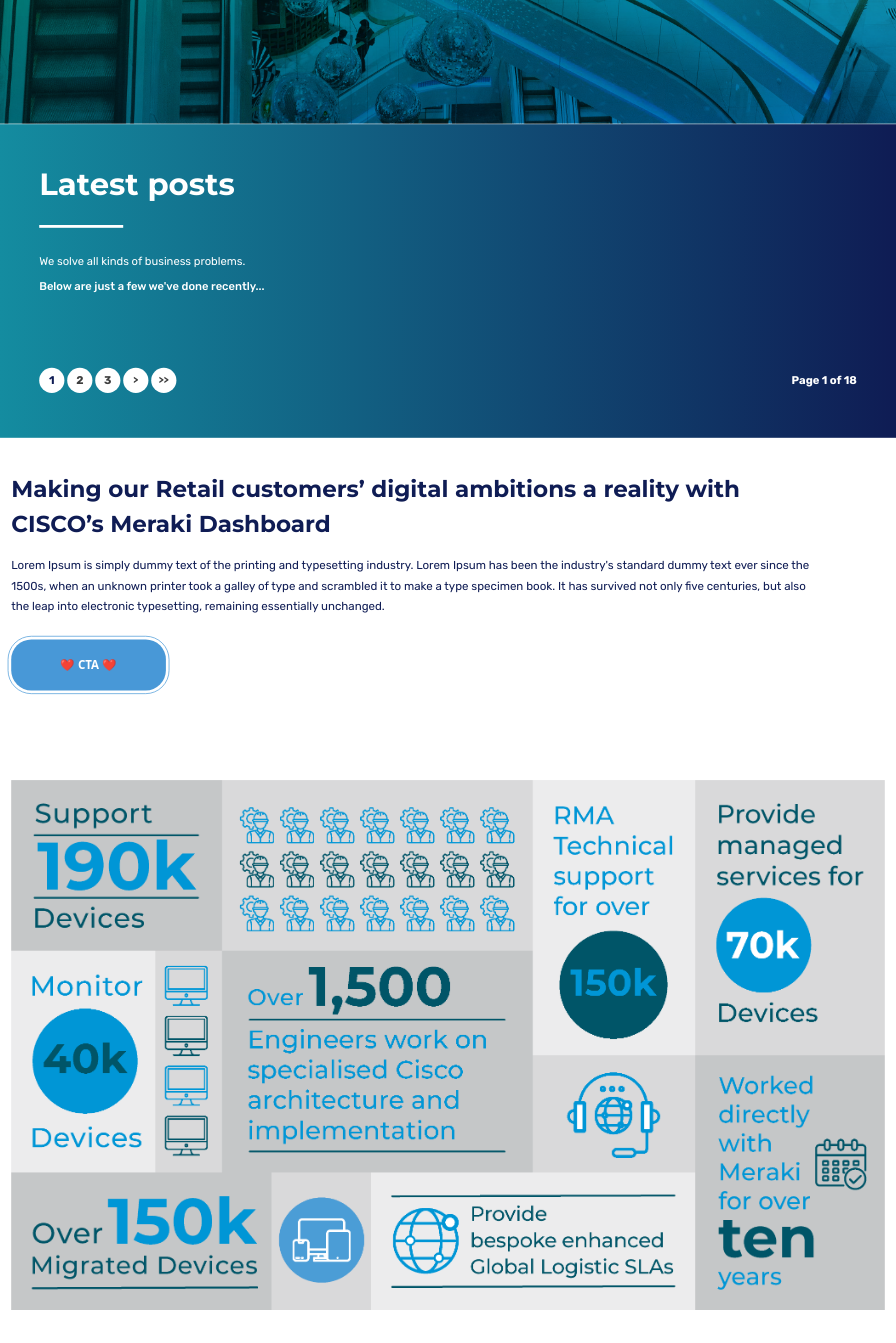
Repository: spaceship9999/ReactIsBack
Page: /
The author's editor kept a copy of each file at every save. The page is drawn from the files as they stood at one save, then again after the next save.
The browser window is 1280 px wide. The pictures show the part of the page from y = 669 to 2589 px (the page is 2588 px tall before and 2589 px after), at 70% of full size.
The page's requests for data from a server got no answer. The project was rebuilt for these pictures with package versions that can differ from the ones it lists, and the page was loaded fresh each time. The framework's server and built-in components were replaced by stand-ins that run in the browser. No one was signed in, and anything a server would have sent is missing. Also part of the build but not shown: next.config.js.

Above is the page before, as saved 2023-03-26 22:41:58.

### src/app/layout.tsx
import './globals.scss'

export const metadata = {
  title: 'Create Next App',
  description: 'Generated by create next app',
}

export default function RootLayout({
  children,
}: {
  children: React.ReactNode
}) {
  return (
    <html lang="en">
      <body>{children}</body>
    </html>
  )
}

### src/app/page.tsx
'use client'

import Link from "next/link";
import Header from "./Header";
import Award from "./Award";
import Banner from "./Banner";
import Posts from "./Posts";
import SingleColumnTextMedia from "./SingleColumnTextMedia";

export default function Home() {
  return (
    <main>
      <Header></Header>
      <Award/>
      <Banner
        heading="NSC operates in 180 countries across multiple time zones, currencies and languages"
        image="/img/Cisco_Banner.png" content="orem Ipsum is simply dummy text of the printing and typesetting industry. Lorem Ipsum has been the industry's standard dummy text ever since the 1500s, when an unknown printer took a galley of type and scrambled it to make a type specimen book. It has survived not only five centuries, but also the leap into electronic typesetting, remaining essentially unchanged." position={""}/>
      <Posts/>
      <SingleColumnTextMedia heading="Making our Retail customers&#8217; digital ambitions a reality with
        CISCO&#8217;s Meraki Dashboard"
        link={{ link: '/', title: '&#10084; CTA &#10084;'}}
        image="/img/NSC_Cisco_Infographic.png"
        content="Lorem Ipsum is simply dummy text of the printing and typesetting industry. Lorem Ipsum has been the industry's standard dummy text ever since the 1500s, when an unknown printer took a galley of type and scrambled it to make a type specimen book. It has survived not only five centuries, but also the leap into electronic typesetting, remaining essentially unchanged.">
      </SingleColumnTextMedia>
    </main>
  )
}

### src/app/globals.scss
@tailwind base;
@tailwind components;
@tailwind utilities;

@import "./scss/fonts";
@import "./scss/global";
@import "./scss/typography";

### src/app/Header.tsx
import Link from "next/link";

export default function Header() {
    return (
        <div className="container py-5">
            <div className="flex justify-between items-center">
                <Link href="/" >
                    <Logo className="w-[85px] h-[50px]" />
                </Link>
                <nav className="flex gap-7 font-montserrat font-medium text-grey">
                    <Link href="/who-we-are" >
                        Who we are
                    </Link>
                    <Link href="/what-we-do" >
                        What we do
                    </Link>
                    <Link href="/what-we-do" >
                        Service portfolio
                    </Link>
                    <Link href="/what-we-do" >
                        Case studies
                    </Link>
                    <Link href="/what-we-do" >
                        Partners
                    </Link>
                    <Link href="/what-we-do" >
                        Work with us
                    </Link>
                    <Link href="/what-we-do" >
                        Careers
                    </Link>
                    <Link href="/what-we-do" >
                        Contact
                    </Link>
                    <button className="flex items-center gap-x-1">
                        <img src="/img/gb-flag.png" className="w-full"/>
                        English
                    </button>
                    <button>
                        <Search/>
                    </button>
                </nav>
            </div>
        </div>
    )
}


const Logo = (props : { className: string}) => {
    const { className } = props;
    return (
        <svg className={className} xmlns="http://www.w3.org/2000/svg" viewBox="0 0 283.4 156" preserveAspectRatio="xMinYMid meet">
            <path id="nsc_global_logo" d="M67,107.8a10.074,10.074,0,0,1-10,9.9c-5.9.2-11.2-4.5-11.2-9.9V71.6c0-7.4-4.1-11.5-12.4-11.5-6.3,0-12.2.6-12.2,4.2v43.5c0,5.4-4.4,9.9-10.9,9.9-4.9,0-10.3-4.4-10.3-9.9V54.2c0-3.6,1-5.3,3.5-7C8,44,18.6,39.3,34,39.3c21.6,0,33,11.2,33,31.2Zm48.8-37.6L106,68c-6.4-1.4-7.3-3.2-7.3-5,0-3,3.1-4.7,8.6-4.7a31.5,31.5,0,0,1,10.9,2.5,19.538,19.538,0,0,0,7.6,2,8.7,8.7,0,0,0,6.7-3.1,10.468,10.468,0,0,0,2.5-7.6,9.067,9.067,0,0,0-3.5-6.6c-4.9-4-13.9-6.5-23.5-6.5-18,0-29.7,9.6-29.7,24.4,0,11.1,7.4,18.9,21.3,22.5,3.8,1,4.8,1.2,6.8,1.6.9.2,1.9.4,3.5.8,6.2,1.5,7.1,3.5,7.1,5.3,0,4.6-6.5,5.1-9.3,5.1a31.582,31.582,0,0,1-15.9-4.4,12.9,12.9,0,0,0-6.2-2A9.431,9.431,0,0,0,78,96.2c-3,3.9-2.1,10,1.9,13.3,4.6,3.8,13,8.3,27.4,8.3,18.2,0,30.4-10.2,30.4-25.4-.1-11.4-7.2-18.7-21.9-22.2Zm95.9,19.2c-2.2-2.9-6.3-4.2-10-4-4.7.2-7.3,1.7-9,4.9-2.7,4.7-6.5,7.3-12.2,7.3-7.8,0-12.9-4.9-13.7-12.9a95.4,95.4,0,0,1,0-13.1c.8-7.7,5.8-12.1,13.7-12.1a13.278,13.278,0,0,1,11.2,6.1c2.7,3.9,5.7,5.1,8.8,5.2,3.7.2,8-.7,10.6-3.9,1.4-1.7,1.7-4.3,1-7C209.8,51,199,39.2,179.9,39.2c-19,0-33.1,12.1-34.2,29.5a152.151,152.151,0,0,0,0,19.1c1.5,17.5,15.9,30.3,34.2,30.3,19.1,0,29.9-10.6,33-21.3.8-3.3.1-5.7-1.2-7.4Zm60,12.3c0-14.8,11.7-17.8,11.7-23.7s-11.7-8.9-11.7-23.7V15.9A15.939,15.939,0,0,0,255.8,0H231c-6.1,0-11,4-11,10,0,6.3,5.1,10.3,11.1,10.3h14.6a4.739,4.739,0,0,1,4.8,4.8V54.3c0,18.9,9.7,20.5,9.7,23.7s-9.7,4.9-9.7,23.7v29.2a4.739,4.739,0,0,1-4.8,4.8H231.1c-6,0-11.1,3.9-11.1,10.3,0,6,4.9,10,11.1,10h24.8a15.938,15.938,0,0,0,15.9-15.9V101.7Z" fill="#0f1c54"></path>
        </svg>
    )
}

const Search = () => {
    return (
        <svg xmlns="http://www.w3.org/2000/svg" className="w-3 h-3" fill="currentColor" viewBox="0 0 16 16">
            <path d="M11.742 10.344a6.5 6.5 0 1 0-1.397 1.398h-.001c.03.04.062.078.098.115l3.85 3.85a1 1 0 0 0 1.415-1.414l-3.85-3.85a1.007 1.007 0 0 0-.115-.1zM12 6.5a5.5 5.5 0 1 1-11 0 5.5 5.5 0 0 1 11 0z" />
        </svg>
    )
}

### src/app/Award.tsx
export default function Award() {
    return (
        <div className="bg-light-grey py-5">
            <div className="container">
                <img className="w-[125px] shadow-md" src="/img/cisco-partner-o.png"/>
            </div>
        </div>
    )
}

### src/app/Banner.tsx

interface BannerProps {
    heading: string;
    content: string;
    image: string;
    position: string;
}



export default function Banner({heading, content, image, position = "center"}: BannerProps) {
    return (
        <div className="py-20 md:py-24 lg:py-[185px] relative overflow-hidden">
            <img src={image}
             className={`absolute inset-0 w-full h-full object-cover ${position === 'center' ? 'object-center': 'object-start'}`}/>
             <div className="container">
                <div className="flex flex-col items-center relative z-10 text-white md:max-w-[910px] text-center md:text-left">
                    <h2 className="text-white font-montserrat t-36 font-bold mb-6">{heading}</h2>
                    <div className="font-rubik t-24 lg:pr-20">
                        { content }
                    </div>
                </div>
             </div>
        </div>
    )
}

### src/app/Posts.tsx
import usePosts from "./hooks/usePosts";

export default function Posts() {
    const posts = usePosts();
    return (
        <div className="bg-gradient-to-r from-[#148ca0] to-[#0f1c54] py-16">
            <div className="container">
                <div className="lg:px-10">
                    <h2 className="text-white t-48 font-montserrat font-bold pb-4 lg:pb-10 relative leading-none
                                after:absolute after:left-0 after:bottom-0 after:h-[4px] after:w-[120px] after:bg-white">
                        Latest posts
                    </h2>
                    <div className="mt-9 mb-12 font-rubik text-white">
                        <div className="mb-3">
                            We solve all kinds of business problems.
                        </div>
                        <div className="font-medium">
                            Below are just a few we&apos;ve done recently...
                        </div>
                    </div>
                    <div className="grid grid-cols-1 md:grid-cols-2 lg:grid-cols-3 gap-x-9 gap-y-8 xl:gap-x-[72px] xl:gap-y-[60px] ">
                        {
                            posts?.map((post) =>
                            (
                                <div key={post?.id} className="flex flex-col justify-between p-8 bg-white font-rubik">
                                    <div>
                                        <h3 className="t-18 text-dark-blue font-medium pb-4 relative leading-[1.33]
                                        after:absolute after:bottom-0 after:left-0 after:w-[80px] after:h-[2px] after:bg-light-green">{post?.title}</h3>
                                        <div className="pt-4 t-14 leading-[1.2] text-dark-blue mb-6">
                                            {post?.body}
                                        </div>
                                    </div>
                                    <div>
                                        <a className="inline-block bg-light-green text-white t-14 rounded-full px-5 py-[10px] font-semibold tracking-tight" href={`/post/${post?.id}`}>
                                            Read more <span className="font-normal ml-1">&gt;</span>
                                        </a>
                                    </div>
                                </div>
                            )
                            )
                        }
                    </div>
                    <div className="pt-14 flex flex-col lg:flex-row gap-y-4 font-rubik items-center justify-between">
                        <div className="flex gap-1">
                            <button className="rounded-full flex justify-center items-center bg-white text-dark-blue w-9 h-9 font-bold">1</button>
                            <button className="rounded-full flex justify-center items-center bg-white text-grey w-9 h-9 font-bold">2</button>
                            <button className="rounded-full flex justify-center items-center bg-white text-grey w-9 h-9 font-bold">3</button>
                            <button className="rounded-full flex justify-center items-center bg-white text-grey w-9 h-9 font-bold text-sm">&gt;</button>
                            <button className="rounded-full flex justify-center items-center bg-white text-grey w-9 h-9 font-bold text-sm">&gt;&gt;</button>
                        </div>
                        <div className="font-bold text-white">
                            Page 1 of 18
                        </div>
                    </div>

                </div>

            </div>
        </div>
    )
}

### src/app/SingleColumnTextMedia.tsx
interface button {
    link: string,
    title: string
}

interface TextMedia {
    heading: string,
    content: string,
    link: button,
    image: string
}

import { motion } from "framer-motion"

export default function SingleColumnTextMedia({ heading, content, link, image }: TextMedia) {
    return (
        <div className="container">
            <div className="py-12">
                <div className="xl:pr-24 text-dark-blue">
                    <h3 className=" font-montserrat t-36 font-bold mb-5">{heading}</h3>
                    <div className="font-rubik t-20 leading-[1.8] mb-8">{ content }</div>
                    {
                        link && (
                            <motion.a
                                whileHover={{ scale: 1.2, transition: { duration: 1, ease: [0, .6, .18, .98]}}}
                            className="inline-block py-6 px-[70px] t-20 text-white bg-light-blue font-bold rounded-[1.8rem]
                            outline outline-1 outline-offset-4 outline-light-blue" href={link?.link}
                            dangerouslySetInnerHTML={{__html: link.title}}/>
                        )
                    }
                </div>
                {
                    image && (
                        <div className="mt-32">
                            <img src={image} className="w-full" />
                        </div>
                    )
                }
            </div>
        </div>

    )
}

### src/app/scss/_fonts.scss
@font-face {
    font-family: 'Rubik';
    font-display: swap;
    font-style: italic;
    src: url(/fonts/Rubik-Italic-VariableFont_wght.ttf) format('truetype'),
}

@font-face {
    font-family: 'Rubik';
    font-display: swap;
    font-style: normal;
    src: url(/fonts/Rubik-VariableFont_wght.ttf) format('truetype'),
}

@font-face {
    font-family: 'Montserrat';
    font-display: swap;
    font-style: normal;
    src: url(/fonts/Montserrat-VariableFont_wght.ttf) format('truetype'),
}

@font-face {
    font-family: 'Montserrat';
    font-display: swap;
    font-style: italic;
    src: url(/fonts/Montserrat-Italic-VariableFont_wght.ttf) format('truetype'),
}

### src/app/scss/_global.scss
.container {
    width: 100%;
    max-width: 1408px;
    padding-left: 1rem;
    padding-right: 1rem;
}

### src/app/scss/_typography.scss
.t-48 {
    font-size: clamp(24px, 3.429vw, 48px);
}
.t-36 {
    font-size: clamp(24px, 2.571vw, 36px);
}

.t-24 {
    font-size: clamp(16px, 1.286vw, 24px);
}
.t-20 {
    font-size: clamp(16px, 1.286vw, 20px);
}
.t-18 {
    font-size: clamp(16px, 1.286vw, 18px);
}

.t-14 {
    font-size: clamp(14px, 1.286vw, 14px);
}

### src/app/hooks/usePosts.tsx
import { useEffect, useState } from "react";

interface Post {
    userId: number,
    id: number,
    title: string,
    body: string,
}


export default function usePosts(currentPage = 0, numPosts = 6) {
    const [ posts, setPosts ] = useState<Post[]>([]);
    useEffect(() => {
        async function fetchData() {
            const rsult = await fetch("https://jsonplaceholder.typicode.com/posts/")
            const posts = await rsult.json()
            setPosts(posts)
        }
        fetchData();
    }, [])

    //console.log(posts.slice(currentPage * numPosts, numPosts))
    return posts.slice(currentPage * numPosts, numPosts);
}

### tailwind.config.js
/** @type {import('tailwindcss').Config} */
/** @type {import('tailwindcss').Config} */
module.exports = {
  content: [
    "./app/**/*.{js,ts,jsx,tsx}",
    "./pages/**/*.{js,ts,jsx,tsx}",
    "./components/**/*.{js,ts,jsx,tsx}",

    // Or if using `src` directory:
    "./src/**/*.{js,ts,jsx,tsx}",
  ],
  theme: {
    extend: {
      fontFamily: {
        "montserrat": ["Montserrat", 'sans-serif'],
        "rubik": ["Rubik", 'sans-serif'],
      },
      container: {
        center: true,
      },
      colors: {
        "grey": "#3d3d3d",
        "light-grey": "#ECECEE",
        "dark-blue": "#0f1c54",
        "light-green": "#148ba0",
        "light-blue": "#4898d7",
      }
    },
  },
  plugins: [],
}

After the next save:
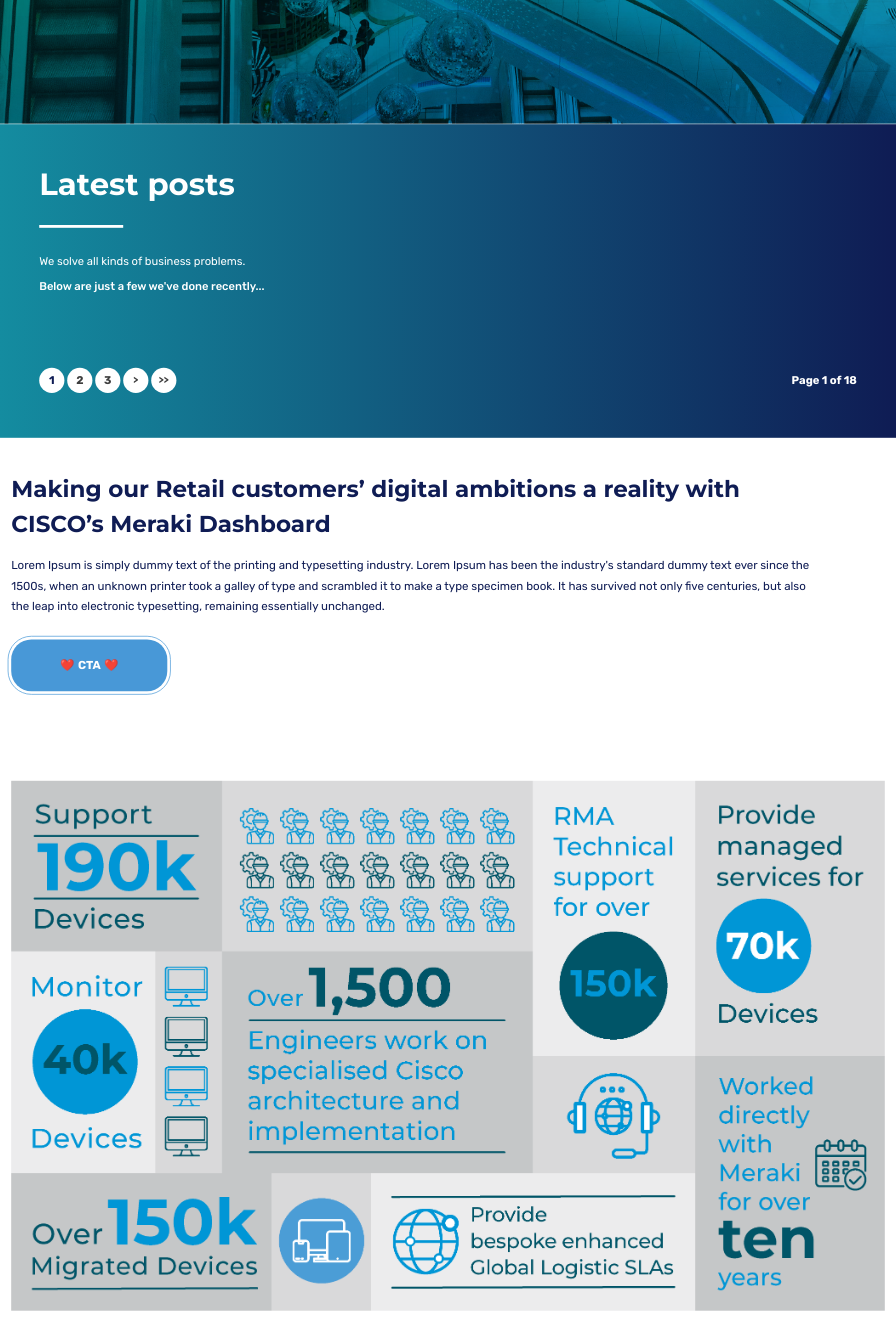
Saved 43 s later.
--- a/src/app/page.tsx
+++ b/src/app/page.tsx
@@ -18,7 +18,7 @@
       <Posts/>
       <SingleColumnTextMedia heading="Making our Retail customers&#8217; digital ambitions a reality with
         CISCO&#8217;s Meraki Dashboard"
-        link={{ link: '/', title: '&#10084; CTA &#10084;'}}
+        link={{ link: '/', title: '&#10084; <span class="font-rubik">CTA</span> &#10084;'}}
         image="/img/NSC_Cisco_Infographic.png"
         content="Lorem Ipsum is simply dummy text of the printing and typesetting industry. Lorem Ipsum has been the industry's standard dummy text ever since the 1500s, when an unknown printer took a galley of type and scrambled it to make a type specimen book. It has survived not only five centuries, but also the leap into electronic typesetting, remaining essentially unchanged.">
       </SingleColumnTextMedia>

After the save that followed:
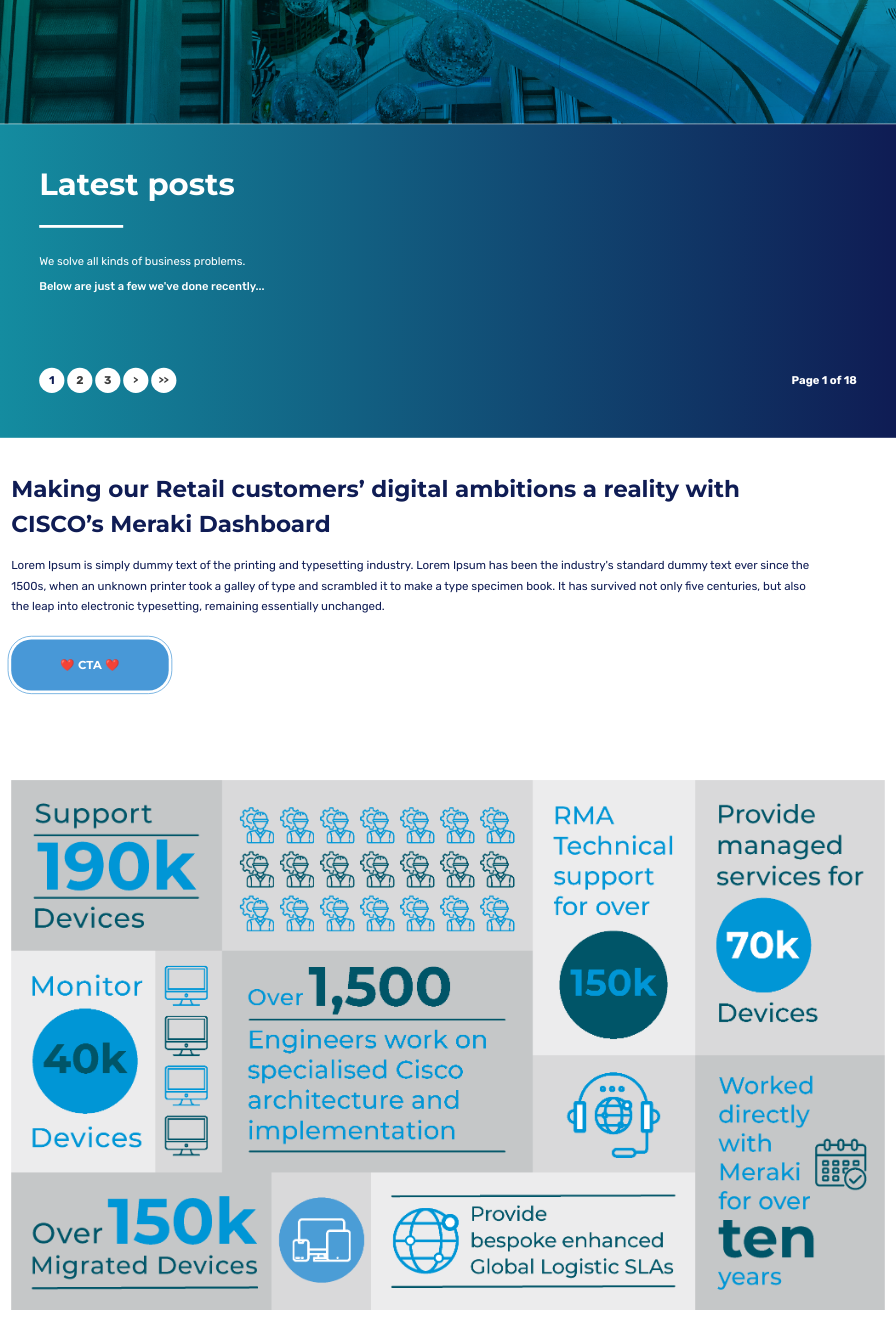
Saved 11 s later.
--- a/src/app/page.tsx
+++ b/src/app/page.tsx
@@ -18,7 +18,7 @@
       <Posts/>
       <SingleColumnTextMedia heading="Making our Retail customers&#8217; digital ambitions a reality with
         CISCO&#8217;s Meraki Dashboard"
-        link={{ link: '/', title: '&#10084; <span class="font-rubik">CTA</span> &#10084;'}}
+        link={{ link: '/', title: '&#10084; <span class="font-montserrat">CTA</span> &#10084;'}}
         image="/img/NSC_Cisco_Infographic.png"
         content="Lorem Ipsum is simply dummy text of the printing and typesetting industry. Lorem Ipsum has been the industry's standard dummy text ever since the 1500s, when an unknown printer took a galley of type and scrambled it to make a type specimen book. It has survived not only five centuries, but also the leap into electronic typesetting, remaining essentially unchanged.">
       </SingleColumnTextMedia>
